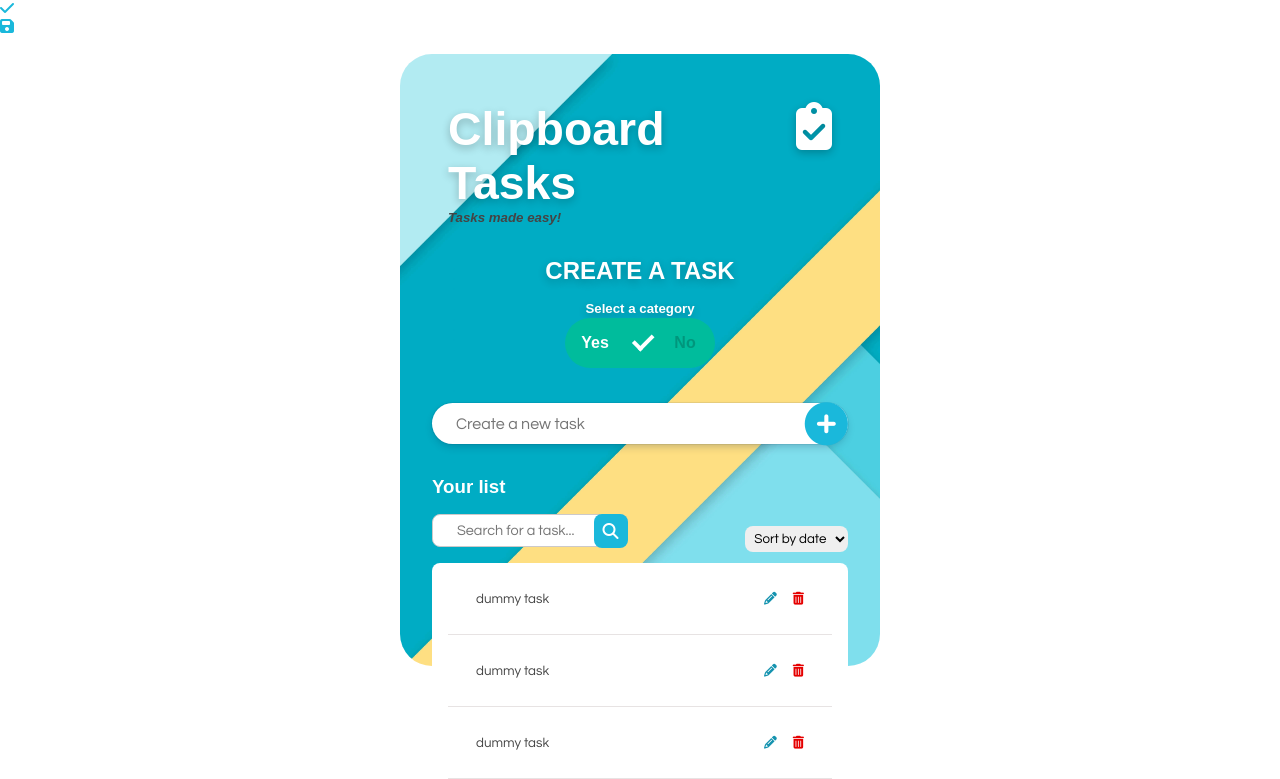
Repository: WesleyErasmus/Todo-App
Page: todoApp.html
These files come from the project's save history. The page is drawn as it stood at one moment and after the next save; the edit follows.
The browser window is 1280 px wide. The pictures show the whole page.
Some web fonts or font styles are not loaded; a fallback is used. Some web libraries are served in a nearby version.

Above is the page before, as saved 2022-06-12 17:00:15.

After the next save:
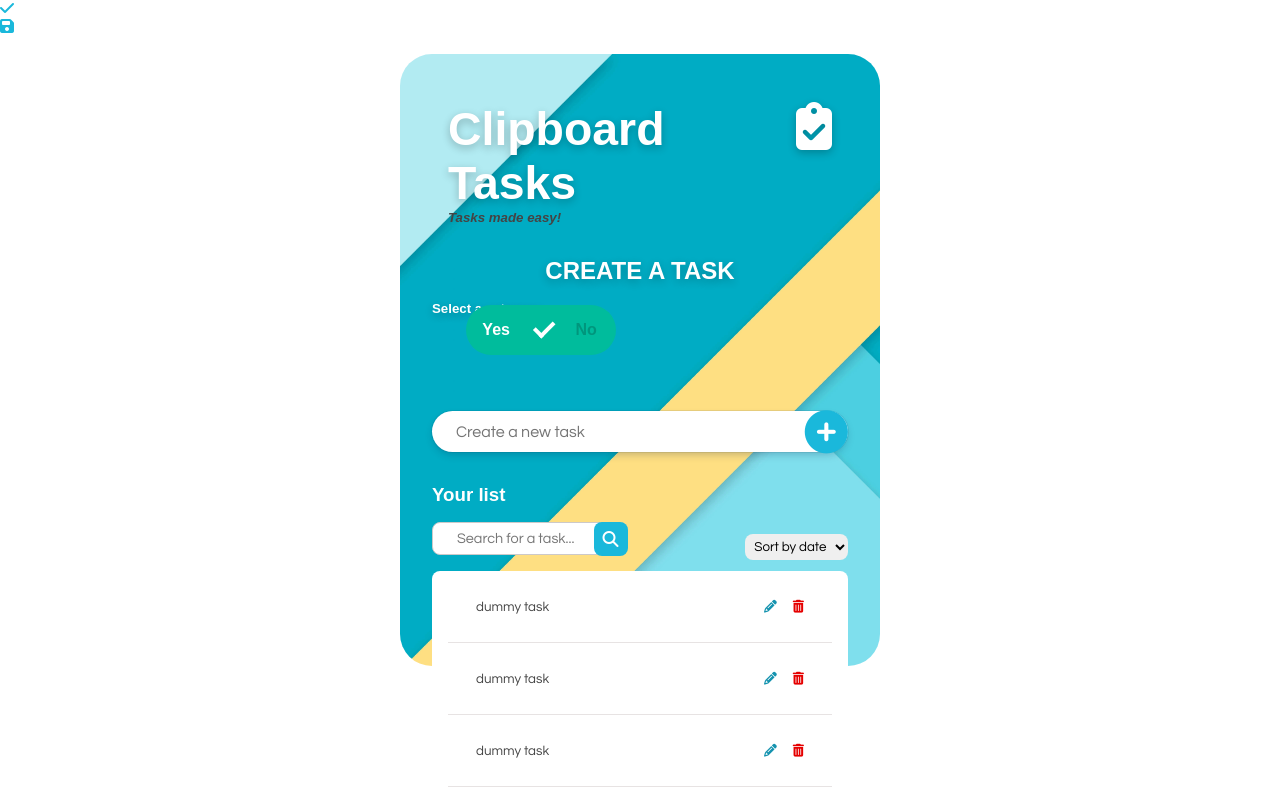
Saved 20 s later.
--- a/source/css/todoApp.css
+++ b/source/css/todoApp.css
@@ -333,6 +333,11 @@ option {
 
 
 /* CATEGORY TOGGLE */
+
+.test {
+    display: flex;
+}
+
 .toggle-radio {
     top: 20px;
     position: relative;
